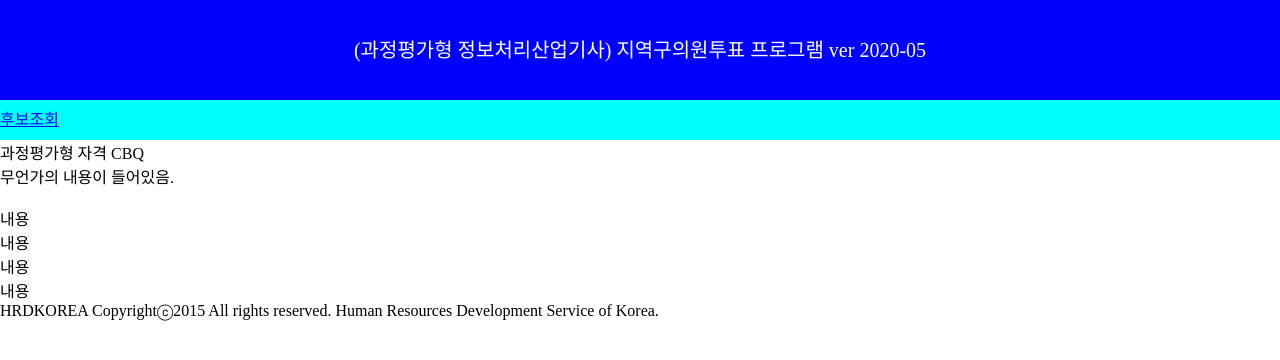
Repository: kayeunae/mvc-pattern
Page: http://localhost/VOTE_1234/
The author's editor kept a copy of each file at every save. The page is drawn from the files as they stood at one save, then again after the next save.
The browser window is 1280 px wide. The pictures show the whole page.
The page is served by Tomcat 9. Other server files are loaded and not shown.

Above is the page before, as saved 2022-12-21 05:07:21.

### VOTE_1234/src/main/webapp/index.jsp
<%@ page language="java" contentType="text/html; charset=UTF-8"
    pageEncoding="UTF-8"%>
<!DOCTYPE html>
<html>
<head>
<meta charset="UTF-8">
<title>Insert title here</title>
<link rel="stylesheet" href="style.css">
</head>
<body>
	<%@ include file="topmenu.jsp" %>
	<section>
		<p>과정평가형 자격 CBQ</p>
		<span>무언가의 내용이 들어있음.</span> <br />
		<br />
		<ul>
			<li>내용</li>
			<li>내용</li>
			<li>내용</li>
			<li>내용</li>
		</ul>
	</section>
	<%@ include file="footer.jsp" %>
</body>
</html>

### VOTE_1234/src/main/webapp/topmenu.jsp
<%@ page language="java" contentType="text/html; charset=UTF-8"
    pageEncoding="UTF-8"%>
<!DOCTYPE html>
<html>
<head>
<meta charset="UTF-8">
<title>Insert title here</title>
</head>
<body>
	<header>(과정평가형 정보처리산업기사) 지역구의원투표 프로그램 ver 2020-05</header>
	<nav>
		<ul>
			<li><a href="member">후보조회</a></li>
			<li><a href="vote">투표하기</a></li>
			<li><a href="view">투표검수조회</a></li>
			<li><a href="result">후보자등수</a></li>
			<li><a href="home">홈으로</a></li>
		</ul>
	</nav>
</body>
</html>

### VOTE_1234/src/main/webapp/footer.jsp
<%@ page language="java" contentType="text/html; charset=UTF-8"
    pageEncoding="UTF-8"%>
<!DOCTYPE html>
<html>
<head>
<meta charset="UTF-8">
<title>Insert title here</title>
</head>
<body>
	<footer>
	HRDKOREA Copyrightⓒ2015 All rights reserved. Human Resources Development Service of Korea.
	</footer>

</body>
</html>

### VOTE_1234/src/main/webapp/style.css
@charset "UTF-8";

/*초기화 코드*/
* {
margin: 0;
padding: 0;
}

/*topmenu.jsp*/
header {
	top: 0;
	height: 100px;
	line-height: 100px;
	width: 100%;
	background: blue;
	text-align: center;
	font-size: 20px;
	color: white;
}

nav {
	height: 40px;
	line-height: 40px;
	width: 100%;
	background: aqua;
	overflow: hidden;
}

nav ul {
	list-style: none;
	float: left;

}

After the next save:
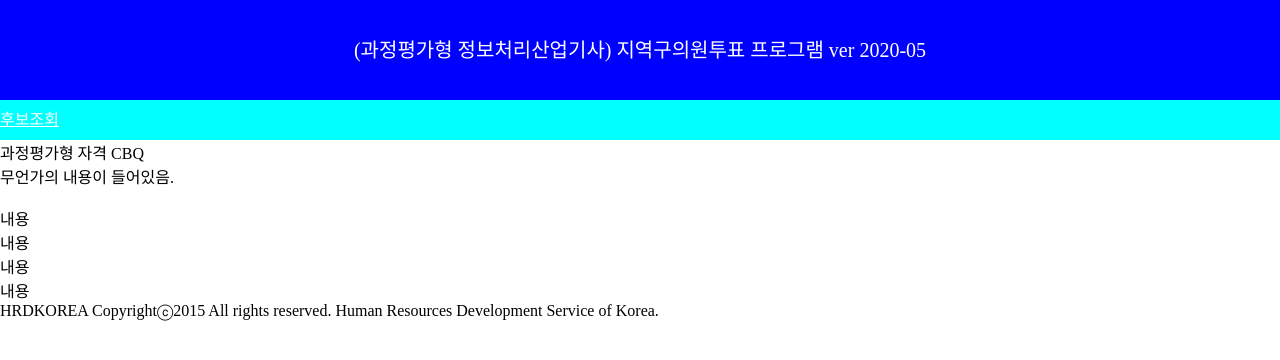
Saved 36 s later.
--- a/VOTE_1234/src/main/webapp/style.css
+++ b/VOTE_1234/src/main/webapp/style.css
@@ -29,5 +29,10 @@
 nav ul {
 	list-style: none;
 	float: left;
+}
+
+a {
+	text-style: none;
+	color: white;
 
 }
